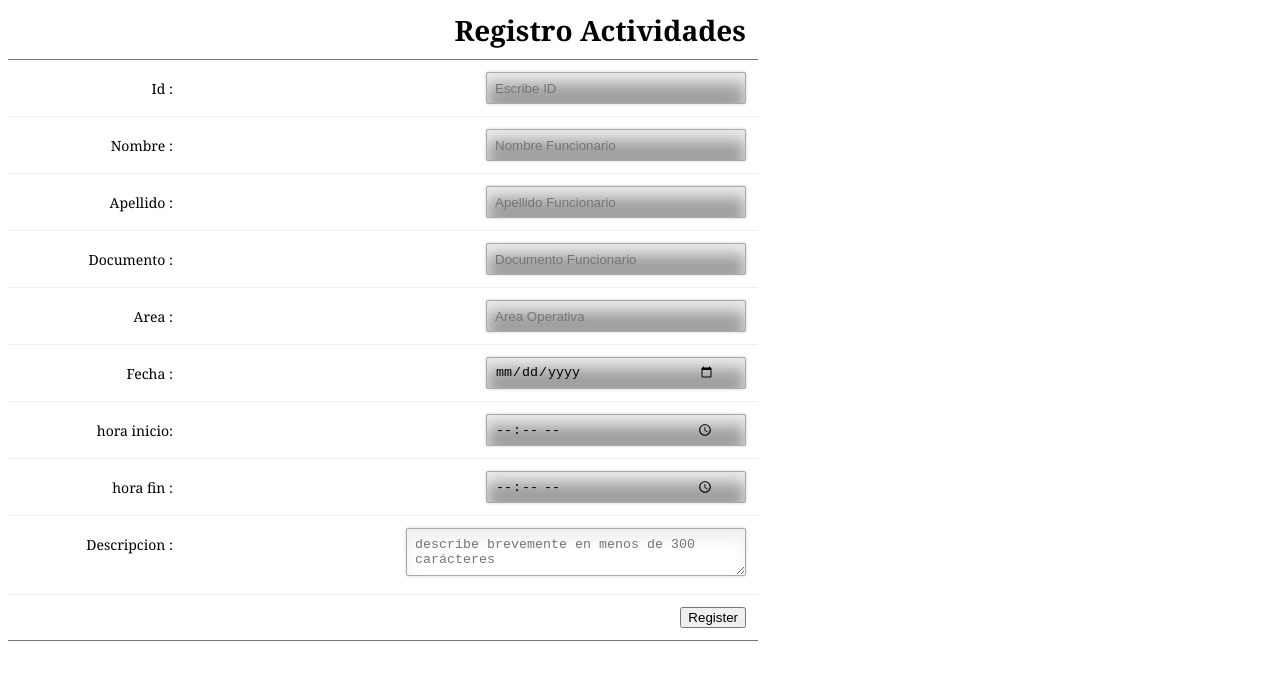
Repository: Yale2024/repo-registro-act
Page: templates/register.html
These files come from the project's save history. The page is drawn as it stood at one moment and after the next save; the edit follows.
The browser window is 1280 px wide. The pictures show the whole page.
Pictures or frames that could not be fetched are drawn as grey boxes.

Above is the page before, as saved 2024-09-15 08:23:30.

### templates/register.html
<!DOCTYPE html>
<html lang="en">

<head>
    <meta charset="UTF-8">
    <meta name="viewport" content="width=device-width, initial-scale=1.0">
    <link rel="stylesheet" href="static/css/styleRegister.css">
    <script src="static/js/appRegister.js"></script>
    <title>Web App</title>
</head>
<body></body>

    <form class="contact_form" action="/register_user" method="POST" align="right" >
    <!-- <form method="POST"> -->
        <div>
            <ul>
                <li>
                    <h1>Registro Actividades</h1>
                </li>
                <li>
                    <label for="id">Id :</label>
                    <input type="number"  size="30" name="id" id="Id" placeholder="Escribe ID" required /> <br>
                </li>
                <li>
                    <label for="nombre">Nombre :</label>
                    <input type="text" size="30" name="nombre" id="nombre" placeholder="Nombre Funcionario" required /> <br>
                </li>
                <li>
                    <label for="apellido">Apellido :</label>
                    <input type="text" size="30" name="apellido" id="apellido" placeholder="Apellido Funcionario" required /> <br>
                </li>
                <li>
                    <label for="documento">Documento  :</label>
                    <input type="number" size="30" name="documento" id="documento" placeholder="Documento Funcionario" required /> <br>
                </li>
                <li>
                    <label for="are">Area      :</label>
                    <input type ="text" size="30" name="area" id="area" placeholder="Area Operativa" required /> <br>
                </li>
                <li>
                    <label for="fecha">Fecha     :</label>
                    <input type ="date" size="30" name="fecha" id="fecha" placeholder="AAAA-MM-DD" required /> <br>
                </li>
                <li>
                    <label for="horai">hora inicio:</label>
                    <input type ="time" size="30" name="horai" id="horai" placeholder="hh:mm" required /> <br>
                </li>
                <li>
                    <label for="horaf">hora fin  :</label>
                    <input type ="time" size="30" name="horaf" id="horaf" placeholder="hh:mm" required /> <br>
                </li>
                <li>
                    <label for="mensaje">Descripcion   :</label>
                    <textarea name="descripcion" size="300" for="descripcion" placeholder="describe brevemente en menos de 300 carácteres" maxlength="300"></textarea> <br>
                </li>
                <li>
                    <button>Register</button>
                </li>
            </ul>
        </div>
        <!-- <button onclick="register_user()">Register</button> -->
        <!-- <input type="submit" name="enviar" value="enviar datos"/> -->
    </form>
</body>

### static/css/styleRegister.css
/* form{
    text-align: center;
    font-size: 30px;
}
/*
body{
    background-color: #f7bb6dea;
}

button{
    background-color: black;
    color: white;
    font-size:  20px;
} */
 /* === Remove input autofocus webkit === */
*:focus {
    outline: none;
}

/* === Form Typography === */
body {
    font: 14px/21px "Lucida Sans", "Lucida Grande", "Lucida Sans Unicode", sans-serif;
}

.contact_form h1, .contact_form label {
    font-family: Georgia, Times, "Times New Roman", serif;
}

.form_hint, .required_notification {
    font-size: 11px;
}

/* === List Styles === */
.contact_form ul {
    width: 750px;
    list-style-type: none;
    list-style-position: outside;
    margin: 0px;
    padding: 0px;
}

.contact_form li {
    padding: 12px;
    border-bottom: 1px solid #eee;
    position: relative;
}

    .contact_form li:first-child, .contact_form li:last-child {
        border-bottom: 1px solid #777;
    }

/* === Form Header === */
.contact_form h1 {
    margin: 0;
    display: inline;
}

.required_notification {
    color: #d45252;
    margin: 5px 0 0 0;
    display: inline;
    float: right;
}

/* === Form Elements === */
.contact_form label {
    width: 150px;
    margin-top: 3px;
    display: inline-block;
    float: left;
    padding: 3px;
}

.contact_form input {
    height: 20px;
    width: 220px;
    padding: 5px 8px;
}

.contact_form textarea {
    padding: 8px;
    width: 300px;
}

.contact_form button {
    margin-left: 156px;
}

/* form element visual styles */
.contact_form input, .contact_form textarea {
    border: 1px solid #aaa;
    box-shadow: 0px 0px 3px #ccc, 0 10px 15px #eee inset;
    border-radius: 2px;
    padding-right: 30px;
    -moz-transition: padding .25s;
    -webkit-transition: padding .25s;
    -o-transition: padding .25s;
    transition: padding .25s;
}

    .contact_form input:focus, .contact_form textarea:focus {
        background: #fff;
        border: 1px solid #555;
        box-shadow: 0 0 3px #aaa;
        padding-right: 70px;
    }

    /* === HTML5 validation styles === */
    .contact_form input:required, .contact_form textarea:required {
        background: #fff url(images/red_asterisk.png) no-repeat 98% center;
    }

        .contact_form input:required:valid, .contact_form textarea:required:valid {
            background: #fff url(images/valid.png) no-repeat 98% center;
            box-shadow: 0 0 5px #5cd053;
            border-color: #28921f;
        }

    .contact_form input:focus:invalid, .contact_form textarea:focus:invalid {
        background: #fff url(images/invalid.png) no-repeat 98% center;
        box-shadow: 0 0 5px #d45252;
        border-color: #b03535;
    }

/* === Form hints === */
.form_hint {
    background: #d45252;
    border-radius: 3px 3px 3px 3px;
    color: white;
    margin-left: 8px;
    padding: 1px 6px;
    z-index: 999; /* hints stay above all other elements */
    position: absolute; /* allows proper formatting if hint is two lines */
    display: none;
}

    .form_hint::before {
        content: "\25C0";
        color: #d45252;
        position: absolute;
        top: 1px;
        left: -6px;
    }

.contact_form input:focus + .form_hint {
    display: inline;
}

.contact_form input:required:valid + .form_hint {
    background: #28921f;
}

    .contact_form input:required:valid + .form_hint::before {
        color: #28921f;
    }

### static/js/appRegister.js
function register_user() {
    location.href= '/register_user'
}

After the next save:
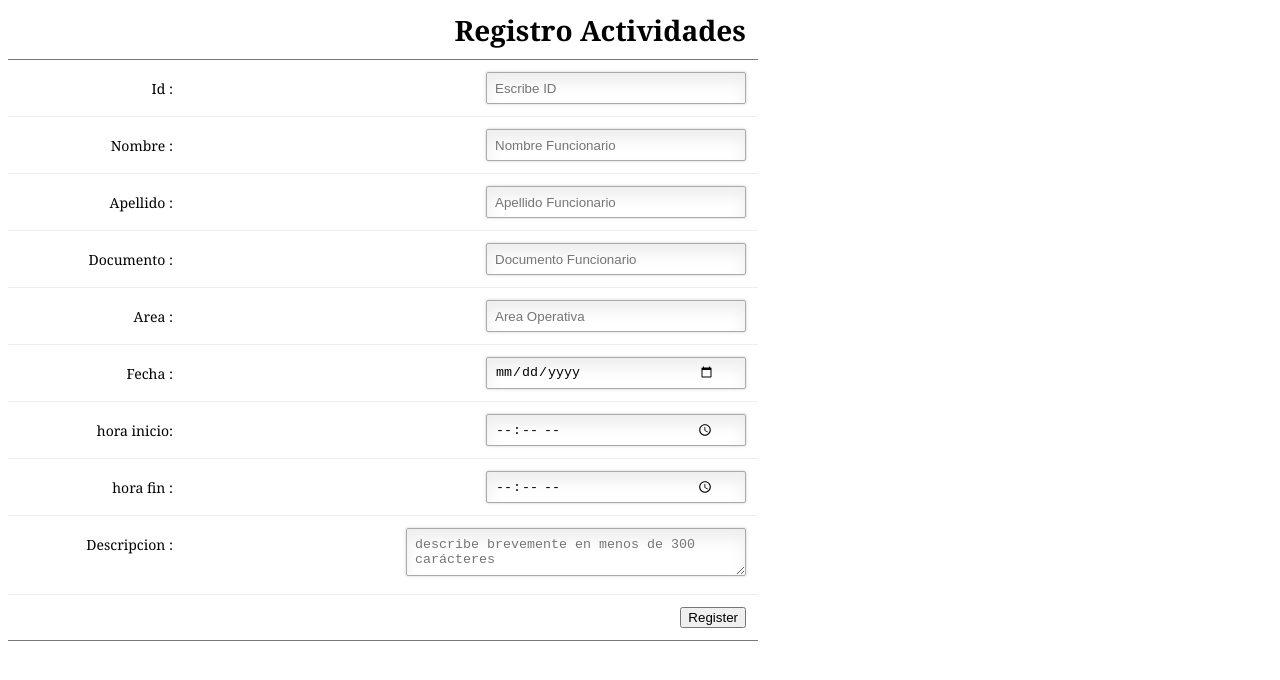
Saved 3 min 11 s later.
--- a/static/css/styleRegister.css
+++ b/static/css/styleRegister.css
@@ -105,7 +105,7 @@ body {
         padding-right: 70px;
     }
 
-    /* === HTML5 validation styles === */
+    /* === HTML5 validation styles ===
     .contact_form input:required, .contact_form textarea:required {
         background: #fff url(images/red_asterisk.png) no-repeat 98% center;
     }
@@ -120,7 +120,7 @@ body {
         background: #fff url(images/invalid.png) no-repeat 98% center;
         box-shadow: 0 0 5px #d45252;
         border-color: #b03535;
-    }
+    } */
 
 /* === Form hints === */
 .form_hint {
